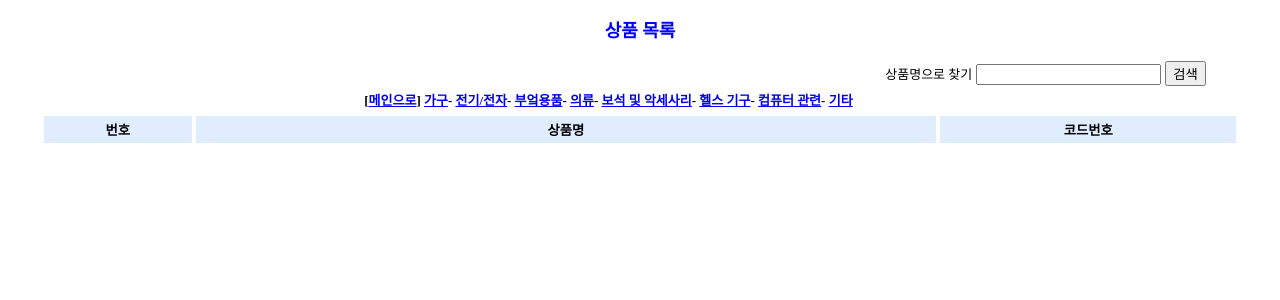
Repository: severrepair/JSPproject
Page: http://localhost/Shop/product_list.jsp
An editor plug-in stored every save of this project. The page is shown before and after the next save, followed by the edit.
The browser window is 1280 px wide. The pictures show the whole page.
The page is served by Tomcat 9.

Above is the page before, as saved 2022-12-02 03:45:05.

After the next save:
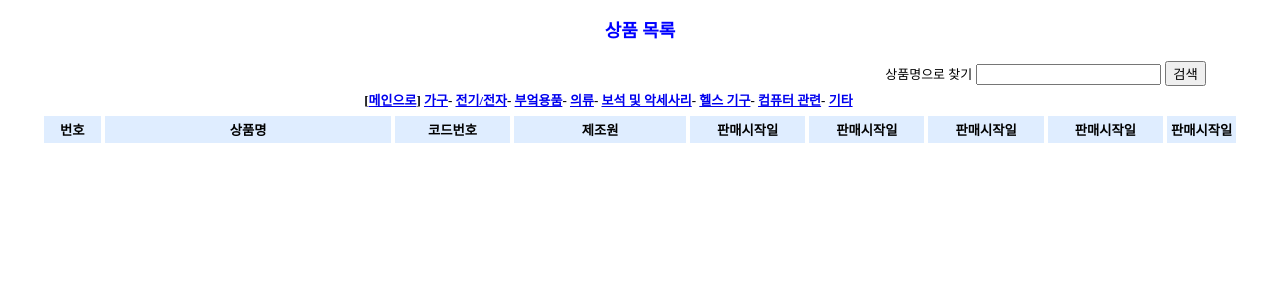
Saved 110 s later.
--- a/Shop/src/main/webapp/product_list.jsp
+++ b/Shop/src/main/webapp/product_list.jsp
@@ -58,6 +58,38 @@
 			<FONT color=black face=굴림>
 				<NOBR>코드번호</NOBR>
 			</FONT>
+		</TH>
+		<TH width=15% bgcolor=#DFEDFF>
+			<FONT color=black face=굴림>
+				<NOBR>제조원</NOBR>
+			</FONT>
+		</TH>
+		<TH width=10% bgcolor=#DFEDFF>
+			<FONT color=black face=굴림>
+				<NOBR>판매시작일</NOBR>
+			</FONT>
+		</TH>
+		<TH width=10% bgcolor=#DFEDFF>
+			<FONT color=black face=굴림>
+				<NOBR>판매시작일</NOBR>
+			</FONT>
+		</TH>
+		<TH width=10% bgcolor=#DFEDFF>
+			<FONT color=black face=굴림>
+				<NOBR>판매시작일</NOBR>
+			</FONT>
+		</TH>
+		<TH width=10% bgcolor=#DFEDFF>
+			<FONT color=black face=굴림>
+				<NOBR>판매시작일</NOBR>
+			</FONT>
+		</TH>
+		<TH width=10% bgcolor=#DFEDFF>
+			<FONT color=black face=굴림>
+				<NOBR>판매시작일</NOBR>
+			</FONT>
+		</TH>
+
 
 
 
